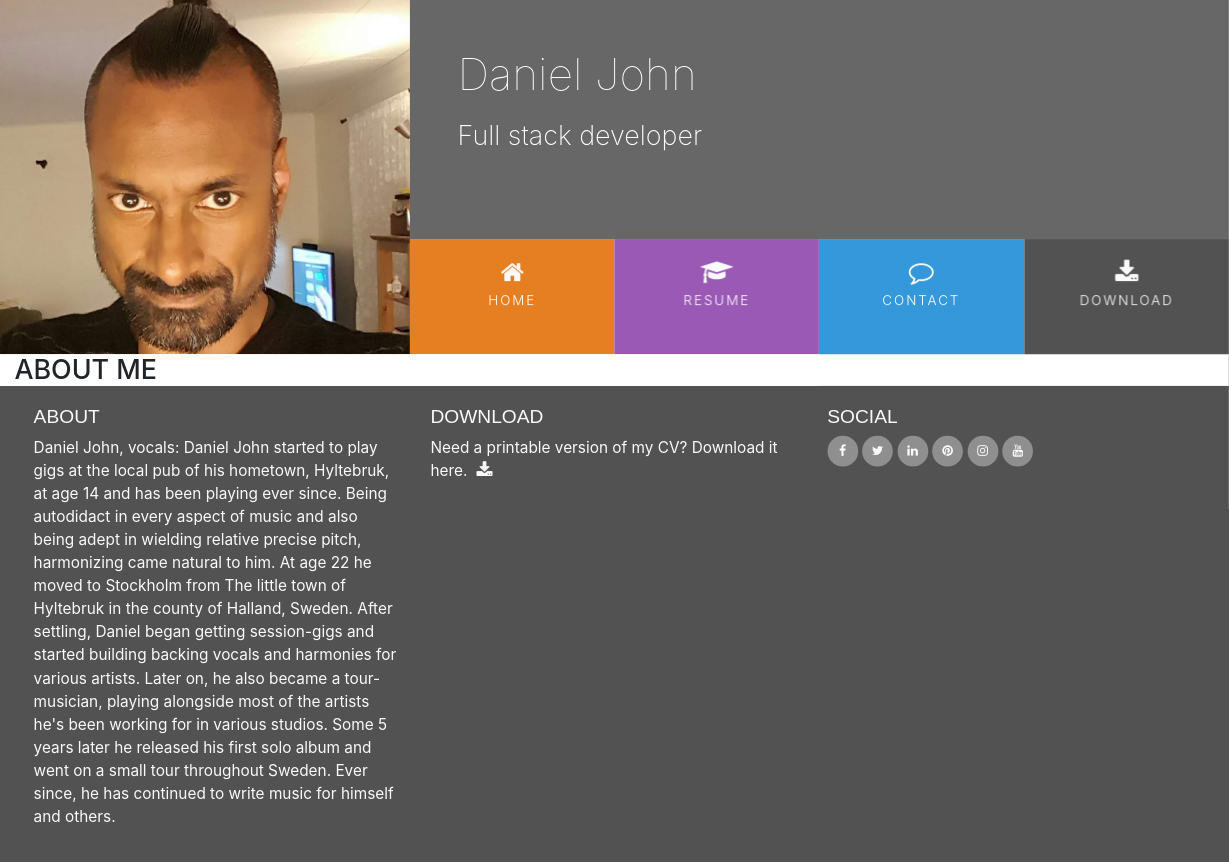
Repository: Jadehammar/initial-commit
Page: index.html
The author's editor kept a record of every edit. The page is drawn from the files as they stood at one moment, then again after the next edit.
The browser window is 1280 px wide. The pictures show the whole page, at 96% of full size.

Above is the page before.

### index.html
<!DOCTYPE html>
<html lang="en">

<head>
    <meta charset="UTF-8">
    <meta name="viewport" content="width=device-width, initial-scale=1.0">
    <meta http-equiv="X-UA-Compatible" content="ie=edge">
    <link rel="stylesheet" href="https://stackpath.bootstrapcdn.com/font-awesome/4.7.0/css/font-awesome.min.css" type="text/css" />
    <link rel="stylesheet" href="https://cdnjs.cloudflare.com/ajax/libs/hover.css/2.3.1/css/hover-min.css" type="text/css" />
    <link rel="stylesheet" href="https://stackpath.bootstrapcdn.com/bootstrap/4.3.1/css/bootstrap.min.css" type="text/css" />
    <link rel="stylesheet" href="assets/css/style.css" type="text/css" />
    <title>Daniel John</title>
</head>

<body>
    <header>
        <div class="row no-gutters">
            <a href="index.html" class="col-md-4 logo"></a>
            <div class="col-md-8">
                <div class="row no-gutters bg-color-name-title">
                    <div class="col heading">
                        <h1 class="name">Daniel John</h1>
                        <h2 class="title">Full stack developer</h2>
                    </div>
                </div>
                <div class="row no-gutters">
                    <div class="col">
                        <ul id="nav" class="list-inline menucontainer">
                            <li class="col-6 col-sm-3 ui-menue-color-home list-inline-item menueitem">
                                <a href="#" class="hvr-sweep-to-bottom"><i class="fa fa-home" aria-hidden="true"></i><span>Home</span></a>
                            </li>
                            <li class="col-6 col-sm-3 ui-menue-color-resume list-inline-item menueitem">
                                <a href="#" class="hvr-sweep-to-bottom"><i class="fa fa-graduation-cap" aria-hidden="true"></i><span>Resume</span></a>
                            </li>
                            <li class="col-6 col-sm-3 ui-menue-color-contact list-inline-item menueitem">
                                <a href="#" class="hvr-sweep-to-bottom"><i class="fa fa-comment-o" aria-hidden="true"></i><span>Contact</span></a>
                            </li>
                            <li class="col-6 col-sm-3 ui-menue-color-download list-inline-item menueitem">
                                <a href="#" class="hvr-sweep-to-bottom"><i class="fa fa-download" aria-hidden="true"></i><span>Download</span></a>
                            </li>

                        </ul>
                    </div>
                </div>
            </div>
    </header>
    <section class="container-fluid">
        <div class="row row-table">
            <div class="col-md-8 bg-color-three-reasons section-column">
                <div class="row">
                    <div class="col">
                        <h3 class="section-heading uppercase">About Me</h3>
                    </div>
                </div>
            </div>
        </div>

    </section>
    <footer class="container-fluid">
        <div id="footer-details" class="row">
            <div class="col-sm-4">
                <h5 class="uppercase general-sub">About</h5>
                <p class="inline-block">
                    Daniel John, vocals: Daniel John started to play gigs at the local pub of his hometown, Hyltebruk, at age 14 and has been playing ever since. Being autodidact in every aspect of music and also being adept in wielding relative precise pitch, harmonizing came natural to him. At age 22 he moved to Stockholm from The little town of Hyltebruk in the county of Halland, Sweden. After settling, Daniel began getting session-gigs and started building backing vocals and harmonies for various artists. Later on, he also became a tour-musician, playing alongside most of the artists he's been working for in various studios. Some 5 years later he released his first solo album and went on a small tour throughout Sweden. Ever since, he has continued to write music for himself and others.
                </p>
            </div>
            <div class="col-sm-4">
                <h5 class="uppercase general-sub">Download</h5>
                <p class="inline-block">
                    Need a printable version of my CV? Download it here.
                    <a href="#" taraget="_blank" class="cv-pdf">
                        <i class="fa fa-download" aria-hidden="true"></i>
                        <span class="sr-only">Download link.</span>
                    </a>
                </p>
            </div>
            <div class="col-sm-4">
                <h5 class="uppercase general-sub">social</h5>
                <ul class="list-inline social-links">
                    <li class="list-inline-item">
                        <a target="_blank" href="#">
                            <i class="fa fa-facebook" aria-hidden="true"></i>
                            <span class="sr-only">Facebook</span>
                        </a>
                    </li>
                    <li class="list-inline-item">
                        <a target="_blank" href="#">
                            <i class="fa fa-twitter" aria-hidden="true"></i>
                            <span class="sr-only">Twitter</span>
                        </a>
                    </li>
                    <li class="list-inline-item">
                        <a target="_blank" href="#">
                            <i class="fa fa-linkedin" aria-hidden="true"></i>
                            <span class="sr-only">LinkedIn</span>
                        </a>
                    </li>
                    <li class="list-inline-item">
                        <a target="_blank" href="#">
                            <i class="fa fa-pinterest" aria-hidden="true"></i>
                            <span class="sr-only">Pinterest</span>
                        </a>
                    </li>
                    <li class="list-inline-item">
                        <a target="_blank" href="#">
                            <i class="fa fa-instagram" aria-hidden="true"></i>
                            <span class="sr-only">Instagram</span>
                        </a>
                    </li>
                    <li class="list-inline-item">
                        <a target="_blank" href="#">
                            <i class="fa fa-youtube" aria-hidden="true"></i>
                            <span class="sr-only">YouTube</span>
                        </a>
                    </li>
                </ul>
            </div>
        </div>

    </footer>

</body>

</html>

### assets/css/style.css
@import url('https://fonts.googleapis.com/css?family=Roboto:100,200,300,400,500,600,700│exo:100,200,300,400,500,600,700');

/*---------------------------------------------color-------------------------------------*/

.bg-color-name-title {
    background-color: #676767;
}

.bg-color-three-reasons {
    background-color: #fff;
}

.ui-menue-color-home {
    background-color: #e67e22;

}

.ui-menue-color-resume {
    background-color: #9b59b6;

}

.ui-menue-color-contact {
    background-color: #3498db;

}

.ui-menue-color-download {
    background-color: #525252;

}


/*---------------------------------------------Special padding/margins/text-------------------------------------*/

h1,
h2,
h3,
h4 {
    margin: 0;
}

.uppercase {
    text-transform: uppercase;
}

.general-sub {
    font-family: "Exo", sans-serif;
    font-weight: 300;
    color: #fafafa;
}

.inline-block {
    display: inline-block;
}

/*---------------------------------------------Heading-------------------------------------*/

header {
    margin: 0;
}

.heading {
    margin-left: 50px;

}

.logo {
    background: url("../images/närbild_p.jpg");
    background-position: center;
    background-repeat: no-repeat;
    background-size: cover;
    min-height: 360px;
    transition: all .75s ease-in-out;
    -moz-transition: all .75s ease-in-out;
    -webkit-transition: all .75s ease-in-out;
    -o-transition: all .75s ease-in-out;
}

.name {
    font-family: "Exo" sans-serif;
    font-weight: 100;
    font-size: 46px;
    margin-top: 50px;
    color: #fff;
}

.title {
    font-family: "Roboto" sans-serif;
    font-weight: 200;
    font-size: 28px;
    margin-top: 20px;
    margin-bottom: 90px;
    color: #fff;
}

.list-inline-item:not(:last-child) {
    margin: 0;
}

.menucontainer {
    font-size: 0;
}

#nav li {
    font-size: 14px;
    padding: 0;
}

#nav {
    margin: 0;
}

.menueitem {
    height: 120px;
    text-align: center;
    padding: 0;
}

.menueitem a {
    width: 100%;
    text-decoration: none;
    color: #fff;
    height: 120px;
}

.menueitem a i {
    padding-top: 22px;
    display: block;
    color: #fafafa;
    font-size: 26px;
}

.menueitem span {
    display: block;
    width: 100%;
    padding-top: 5px;
    text-align: center;
    text-transform: uppercase;
    font-size: 14px;
    font-weight: 300;
    letter-spacing: 2px;
}


/*---------------------------------------------Hover.css-------------------------------------*/

.hvr-sweep-to-bottom:before {
    background: rgba(0, 0, 0, 0.2);
    height: 120px;
}

/*---------------------------------------------Footer-------------------------------------*/

footer {
    background-color: #525252;
    color: #fafafa;
    min-height: 120px;
    margin: 0;
}

.cv-pdf i {
    font-size: 18px;
    color: #fafafa;
    text-align: center;
    padding-left: 5px;
    transition: all 0.35s ease-in-out;
    -moz-transition: all 0.35s ease-in-out;
    -webkit-transition: all 0.35s ease-in-out;
    -o-transition: all 0.35 ease-in-out;
}

.cv-pdf i:hover {
    color: #e84160;
}

.social-links {
    padding-bottom: 15px;
}


.social-links li a i {
    width: 32px;
    height: 32px;
    padding: 12px 0;
    border-radius: 50%;
    font-size: 13px;
    line-height: 7px;
    text-align: center;
    color: #fafafa;
    background: #8f8f8f;
    transition: all 0.35s ease-in-out;
    -moz-transition: all 0.35s ease-in-out;
    -webkit-transition: all 0.35s ease-in-out;
    -o-transition: all 0.35 ease-in-out;
}

.social-links li a i:hover {
    background: #e84610;
}

#footer-details {
    padding: 20px;
}

After the next edit:
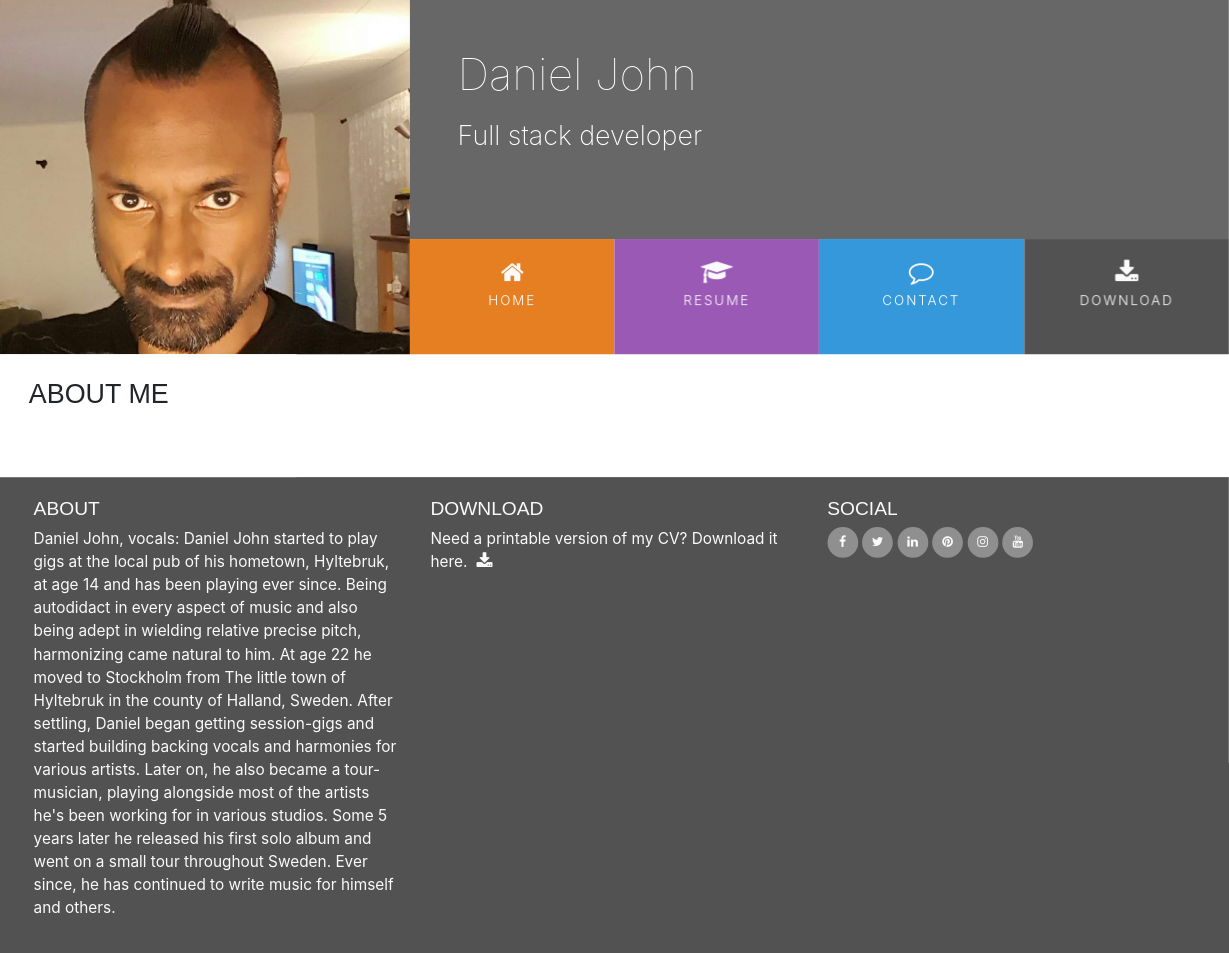
The edit:
--- a/assets/css/style.css
+++ b/assets/css/style.css
@@ -54,6 +54,22 @@
     display: inline-block;
 }
 
+.row-table {
+    display: table;
+}
+
+.section-column{
+    display: table-cell;
+    padding: 0 30px 30px;
+    float: none;
+}
+
+.section-heading{
+    font-family: "Exo", sans-serif;
+    font-weight: 300;
+    margin-bottom: 40px;
+    margin-top: 25px;
+}
 /*---------------------------------------------Heading-------------------------------------*/
 
 header {
